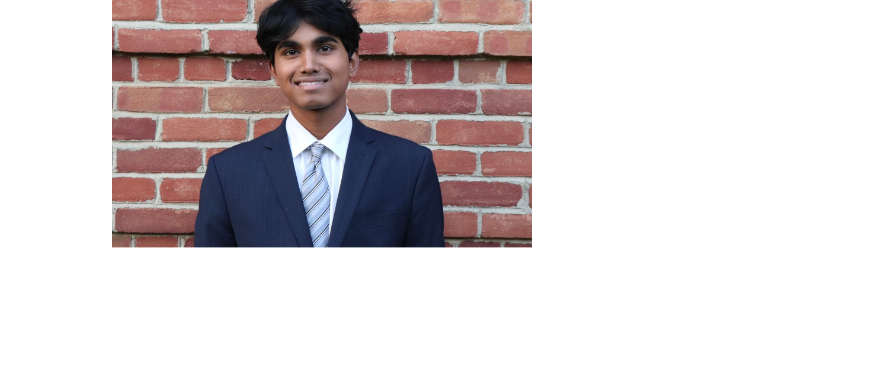
Repository: anuragkej/OldPortfolio
Page: index.html
These files come from the project's save history. The page is drawn as it stood at one moment and after the next save; the edit follows.
The browser window is 1280 px wide. The pictures show the part of the page from y = 859 to 2779 px (the page is 1390 px tall before and 2779 px after), at 70% of full size.

Above is the page before, as saved 2024-05-25 22:30:05.

### index.html
<!DOCTYPE html>
<html lang="en">
<head>
    <meta charset="UTF-8">
    <meta name="viewport" content="width=device-width, initial-scale=1.0">
    <title>Personal Portfolio</title>
    <link rel="stylesheet" href="style.css">
    <link rel="stylesheet" href="mediaqueries.css">
</head>
<body>
    <nav id="desktop-nav">
        <div class="logo">Anurag Kejriwal</div>
        <div>
            <ul class="nav-links">
                <li><a href="#about">About</a></li>
                <li><a href="#experience">Experience</a></li>
                <li><a href="#projects">Projects</a></li>
                <li><a href="#contact">Contact</a></li>
            </ul>
        </div>
    </nav>
    <nav id="hamburger-nav">
        <div class="logo">Anurag Kejriwal</div>
        <div class="hamburger-menu">
            <div class="hamburger-icon" onclick="toggleMenu()">
                <span></span>
                <span></span>
                <span></span>
            </div>
            <div class="menu-links">
                <li><a href="#about" onclick="toggleMenu()" >About</a></li>
                <li><a href="#experience" onclick="toggleMenu()">Experience</a></li>
                <li><a href="#projects" onclick="toggleMenu()">Projects</a></li>
                <li><a href="#contact" onclick="toggleMenu()">Contact</a></li>
            </div>
        </div>
    </nav>
    <section id="profile">
        <div class="section_pic-container">
            <img src="./assets/anuragprofpic.png" alt="Anurag Kejriwal profile picture">
        </div>
        <div class="section__text">
            <p class="section__text__p1">Hello, I'm</p>
            <h1 class="title">Anurag Kejriwal</h1>
            <p class="section__text__p2">Passion-Driven Developer</p>
            <div class="btn-container">
                <button class="btn btn-color-2"
                onclick="window.open('./assets/AnuragKejriwalResume_2026.pdf')">Resume</button>
                <button class="btn btn-color-1"
                onclick="location.href='./#contact'">Contact</button>
            </div>
            <div id="socials-container">
                <img src="./assets/linkedin.png" alt="My LinkedIn Profile"
                class ="icon" onclick="location.href='https://linkedin.com/in/anuragkejriwal1/'">
                <img src="./assets/github.png" alt="My Github Profile"
                class ="icon" onclick="location.href='https://github.com/anuragkej'">
            </div>
        </div>
    </section>
    <section id="about">
        <p class="section__text__p1">Get To Know More</p>
        <h1 class="title">About Me</h1>
        <div class="section__pic-container">
            <img src="./assets/20231026_132825_F9CEAA.jpeg" alt="Profile Picture" class="about-pic"/>
        </div>
    </section>
    <script src="script.js"></script>

</body>
</html>

### style.css
/* General */

@import url('https://fonts.googleapis.com/css2?family=Poppins:wght@300;400;500;600&display=swap');
*{
    margin: 0;
    padding: 0;
}

body{
    font-family: "Poppins", sans-serif;
}

html{
    scroll-behavior: smooth;
}

p{
    color: rgb(85, 85, 85);
}

/* Transition */
/* all the links, with button*/

a,
.btn{
    transition: all 300ms ease;
}

/*Desktop navigation */

nav, .nav-links {
    display: flex;
}

nav{
    justify-content: space-around;
    align-items: center;
    height: 17vh;
}

.nav-links{
    gap: 2rem;
    list-style: none;
    font-size: 1.45rem;
}

a{
    color: black;
    text-decoration: none;
    text-decoration-color: white;

}

a:hover{
    color: grey;
    text-decoration: underline;
    text-underline-offset: 0.7rem;
    text-decoration-color: rgb(181, 181, 181);
}

.logo{
    font-size: 1.5rem
}

.logo:hover{
    cursor:default;
}

/*Hamburger menu */

#hamburger-nav{
    display: none;
}

.hamburger-menu{
    position: relative;
    display: inline-block;
}

.hamburger-icon{
    display: flex;
    flex-direction: column;
    justify-content: space-between;
    height: 24px;
    width: 30px;
    cursor: pointer;
}

.hamburger-icon span{
    width: 100%;
    height: 2px;
    background-color: black;
    transition: all 0.3 ease-in-out;
}

.menu-links{
    position: absolute;
    top: 100%;
    right: 0%;
    background-color: white;
    width: fit-content;
    max-height: 0;
    overflow: hidden;
    transition: all 0.3 ease-in-out;
}

.menu-links a{
    display: block;
    padding: 10px;
    text-align: center;
    font-size: 1.5rem;
    color:black;
    text-decoration: none;
    transition: all 0.3 ease-in-out;

}

.menu-links li{
    list-style: none;
}

.menu-links.open{
    max-height: 300px;
}

.hamburger-icon.open span:first-child{
    transform: rotate(45deg) translate(10px, 5px);
}
.hamburger-icon.open span:nth-child(2){
    opacity: 0;
}
.hamburger-icon.open span:last-child{
    transform: rotate(-45deg) translate(10px, -5px);
}

.hamburger-icon span:first-child{
    transform: none;
}
.hamburger-icon span:first-child{
    opacity: 1;
}
.hamburger-icon span:first-child{
    transform: none;
}

/*Sections*/

section{
    padding-top: 4vh;
    height: 96vh;
    margin: 0 10rem;
    box-sizing: border-box;
    min-height: fit-content;
}

.section-container{
    display: flex;
}

/*Profile Section*/

#profile {
    display: flex;
    justify-content: center;
    gap: 5rem;
    height: 80vh;
}

.section__pic-container{
    display: flex;
    height: 400px;
    width: 400px;
    margin: auto 0;
}

.section__text{
    align-self: center;
    text-align: center;

}

.section__text p{
    font-weight: 600;
}

.section__text__p1{
    text-align: center;
}
.section__text__p2{
    font-size: 2rem;
    margin-bottom: 1rem;
}

.title{
    font-size: 2.5rem;
    text-align: center;
}

#socials-container{
    display: flex;
    justify-content: center;
    margin-top: 1rem;
    gap: 1rem;
}

/*Icon*/

.icon{
    cursor: pointer;
    height: 2rem;
}

/*Buttons*/

.btn-container{
    display: flex;
    justify-content: center;
    gap: 1rem;

}

.btn{
    font-weight: 600;
    transition: all 300ms ease;
    padding: 1rem;
    width: 8rem;
    border-radius: 2rem;
}

.btn-color-1, .btn-color-2{
    border: rgb(53,53,53) 0.1rem solid;
}

.btn-color-1:hover, .btn-color-2:hover{
    cursor: pointer;
}


.btn-color-1:hover, .btn-color-2:hover{
    background: rgb(42, 42, 42);
    color: white;
}

.btn-color-2, .btn-color-1 {
    background: none;
}

.btn-color-2:hover{
    border: rgb(255,255,255) 0.3rem solid;
}


.btn-color-1:hover{
    border: rgb(255,255,255) 0.3rem solid;
}

.btn-container {
    gap: 1rem;
}
/* General */

@import url('https://fonts.googleapis.com/css2?family=Poppins:wght@300;400;500;600&display=swap');
*{
    margin: 0;
    padding: 0;
}

body{
    font-family: "Poppins", sans-serif;
}

html{
    scroll-behavior: smooth;
}

p{
    color: rgb(85, 85, 85);
}

/* Transition */
/* all the links, with button*/

a,
.btn{
    transition: all 300ms ease;
}

/*Desktop navigation */

nav, .nav-links {
    display: flex;
}

nav{
    justify-content: space-around;
    align-items: center;
    height: 17vh;
}

.nav-links{
    gap: 2rem;
    list-style: none;
    font-size: 1.45rem;
}

a{
    color: black;
    text-decoration: none;
    text-decoration-color: white;

}

a:hover{
    color: grey;
    text-decoration: underline;
    text-underline-offset: 0.7rem;
    text-decoration-color: rgb(181, 181, 181);
}

.logo{
    font-size: 1.5rem
}

.logo:hover{
    cursor:default;
}

/*Hamburger menu */

#hamburger-nav{
    display: none;
}

.hamburger-menu{
    position: relative;
    display: inline-block;
}

.hamburger-icon{
    display: flex;
    flex-direction: column;
    justify-content: space-between;
    height: 24px;
    width: 30px;
    cursor: pointer;
}

.hamburger-icon span{
    width: 100%;
    height: 2px;
    background-color: black;
    transition: all 0.3 ease-in-out;
}

.menu-links{
    position: absolute;
    top: 100%;
    right: 0%;
    background-color: white;
    width: fit-content;
    max-height: 0;
    overflow: hidden;
    transition: all 0.3 ease-in-out;
}

.menu-links a{
    display: block;
    padding: 10px;
    text-align: center;
    font-size: 1.5rem;
    color:black;
    text-decoration: none;
    transition: all 0.3 ease-in-out;

}

.menu-links li{
    list-style: none;
}

.menu-links.open{
    max-height: 300px;
}

.hamburger-icon.open span:first-child{
    transform: rotate(45deg) translate(10px, 5px);
}
.hamburger-icon.open span:nth-child(2){
    opacity: 0;
}
.hamburger-icon.open span:last-child{
    transform: rotate(-45deg) translate(10px, -5px);
}

.hamburger-icon span:first-child{
    transform: none;
}
.hamburger-icon span:first-child{
    opacity: 1;
}
.hamburger-icon span:first-child{
    transform: none;
}

/*Sections*/

section{
    padding-top: 4vh;
    height: 96vh;
    margin: 0 10rem;
    box-sizing: border-box;
    min-height: fit-content;
}

.section-container{
    display: flex;
}

/*Profile Section*/

#profile {
    display: flex;
    justify-content: center;
    gap: 5rem;
    height: 80vh;
}

.section__pic-container{
    display: flex;
    height: 400px;
    width: 400px;
    margin: auto 0;
}

.section__text{
    align-self: center;
    text-align: center;

}

.section__text p{
    font-weight: 600;
}

.section__text__p1{
    text-align: center;
}
.section__text__p2{
    font-size: 2rem;
    margin-bottom: 1rem;
}

.title{
    font-size: 2.5rem;
    text-align: center;
}

#socials-container{
    display: flex;
    justify-content: center;
    margin-top: 1rem;
    gap: 1rem;
}

/*Icon*/

.icon{
    cursor: pointer;
    height: 2rem;
}

/*Buttons*/

.btn-container{
    display: flex;
    justify-content: center;
    gap: 1rem;

}

.btn{
    font-weight: 600;
    transition: all 300ms ease;
    padding: 1rem;
    width: 8rem;
    border-radius: 2rem;
}

.btn-color-1, .btn-color-2{
    border: rgb(53,53,53) 0.1rem solid;
}

.btn-color-1:hover, .btn-color-2:hover{
    cursor: pointer;
}


.btn-color-1:hover, .btn-color-2:hover{
    background: rgb(42, 42, 42);
    color: white;
}

.btn-color-2, .btn-color-1 {
    background: none;
}

.btn-color-2:hover{
    border: rgb(255,255,255) 0.3rem solid;
}


.btn-color-1:hover{
    border: rgb(255,255,255) 0.3rem solid;
}

.btn-container {
    gap: 1rem;
}

### mediaqueries.css
@media screen and (max-width: 1200px) {
    #desktop-nav {
        display: none;
    }
    #hamburger-nav{
        display: flex;
    }
}

### script.js
function toggleMenu(){
    const menu = document.querySelector(".menu-links");
    const icon = document.querySelector(".hamburger-icon");
    menu.classList.toggle("open");
    icon.classList.toggle("open");
}
function toggleMenu(){
    const menu = document.querySelector(".menu-links");
    const icon = document.querySelector(".hamburger-icon");
    menu.classList.toggle("open");
    icon.classList.toggle("open");
}

After the next save:
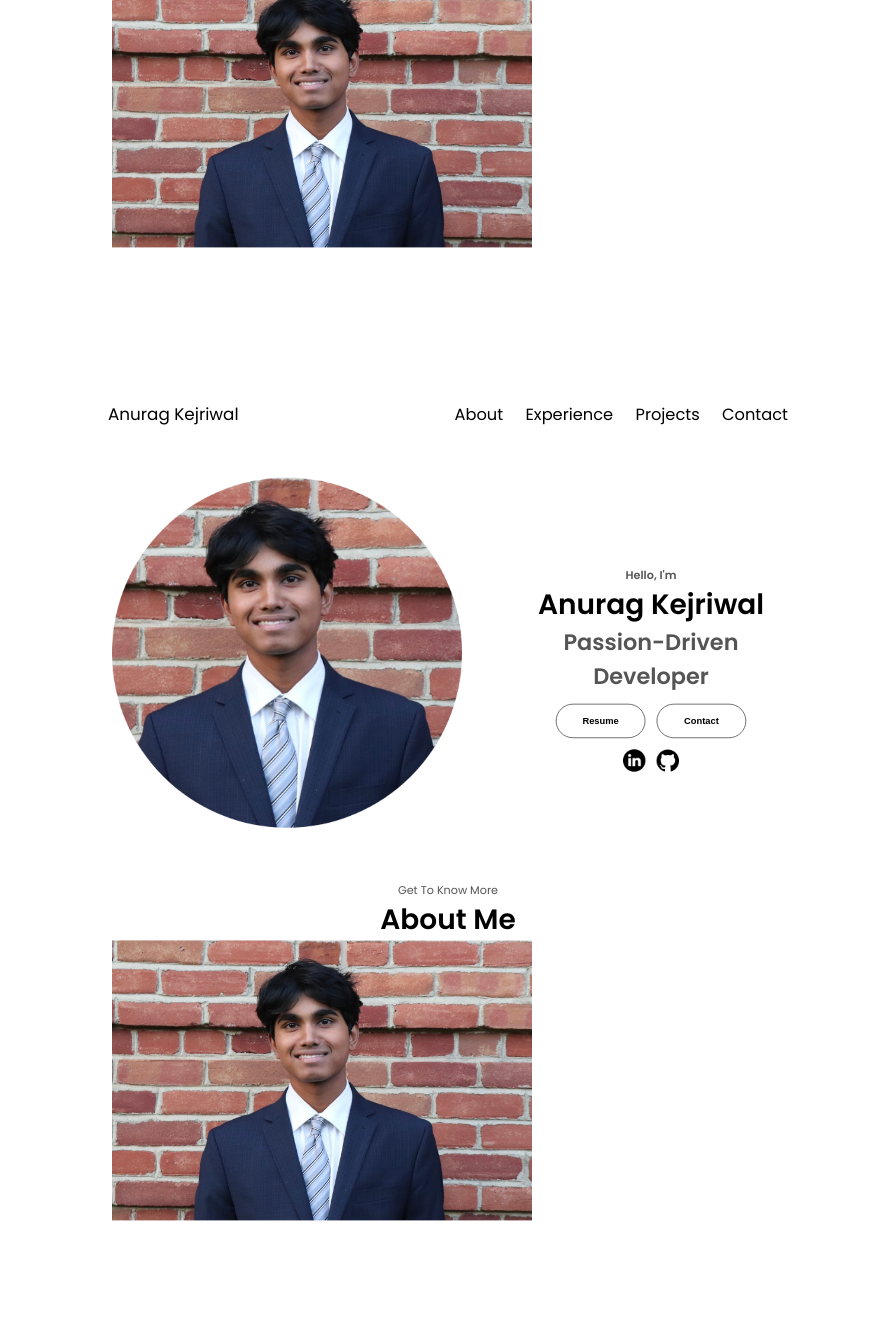
Saved 80 s later.
--- a/index.html
+++ b/index.html
@@ -1,3 +1,75 @@
+<!DOCTYPE html>
+<html lang="en">
+<head>
+    <meta charset="UTF-8">
+    <meta name="viewport" content="width=device-width, initial-scale=1.0">
+    <title>Personal Portfolio</title>
+    <link rel="stylesheet" href="style.css">
+    <link rel="stylesheet" href="mediaqueries.css">
+</head>
+<body>
+    <nav id="desktop-nav">
+        <div class="logo">Anurag Kejriwal</div>
+        <div>
+            <ul class="nav-links">
+                <li><a href="#about">About</a></li>
+                <li><a href="#experience">Experience</a></li>
+                <li><a href="#projects">Projects</a></li>
+                <li><a href="#contact">Contact</a></li>
+            </ul>
+        </div>
+    </nav>
+    <nav id="hamburger-nav">
+        <div class="logo">Anurag Kejriwal</div>
+        <div class="hamburger-menu">
+            <div class="hamburger-icon" onclick="toggleMenu()">
+                <span></span>
+                <span></span>
+                <span></span>
+            </div>
+            <div class="menu-links">
+                <li><a href="#about" onclick="toggleMenu()" >About</a></li>
+                <li><a href="#experience" onclick="toggleMenu()">Experience</a></li>
+                <li><a href="#projects" onclick="toggleMenu()">Projects</a></li>
+                <li><a href="#contact" onclick="toggleMenu()">Contact</a></li>
+            </div>
+        </div>
+    </nav>
+    <section id="profile">
+        <div class="section_pic-container">
+            <img src="./assets/anuragprofpic.png" alt="Anurag Kejriwal profile picture">
+        </div>
+        <div class="section__text">
+            <p class="section__text__p1">Hello, I'm</p>
+            <h1 class="title">Anurag Kejriwal</h1>
+            <p class="section__text__p2">Passion-Driven Developer</p>
+            <div class="btn-container">
+                <button class="btn btn-color-2"
+                onclick="window.open('./assets/AnuragKejriwalResume_2026.pdf')">Resume</button>
+                <button class="btn btn-color-1"
+                onclick="location.href='./#contact'">Contact</button>
+            </div>
+            <div id="socials-container">
+                <img src="./assets/linkedin.png" alt="My LinkedIn Profile"
+                class ="icon" onclick="location.href='https://linkedin.com/in/anuragkejriwal1/'">
+                <img src="./assets/github.png" alt="My Github Profile"
+                class ="icon" onclick="location.href='https://github.com/anuragkej'">
+            </div>
+        </div>
+    </section>
+    <section id="about">
+        <p class="section__text__p1">Get To Know More</p>
+        <h1 class="title">About Me</h1>
+        <div class="section-container">
+        <div class="section__pic-container">
+            <img src="./assets/20231026_132825_F9CEAA.jpeg" alt="Profile Picture" class="about-pic"/>
+        </div>
+        </div>
+    </section>
+    <script src="script.js"></script>
+
+</body>
+</html>
 <!DOCTYPE html>
 <html lang="en">
 <head>

After the save that followed:
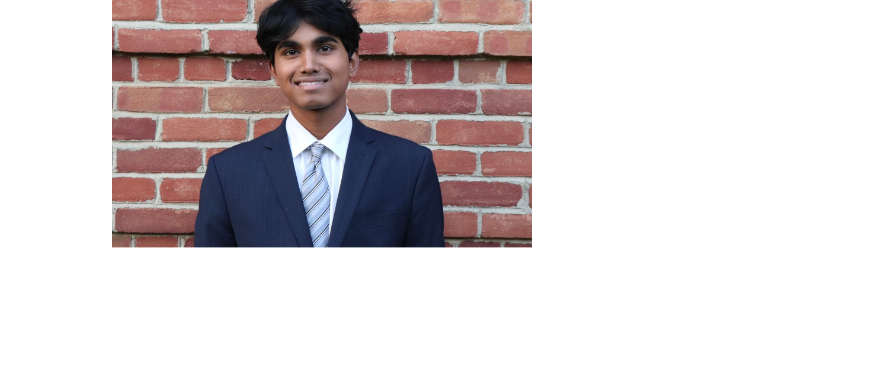
Saved 18 s later.
--- a/index.html
+++ b/index.html
@@ -70,73 +70,3 @@
 
 </body>
 </html>
-<!DOCTYPE html>
-<html lang="en">
-<head>
-    <meta charset="UTF-8">
-    <meta name="viewport" content="width=device-width, initial-scale=1.0">
-    <title>Personal Portfolio</title>
-    <link rel="stylesheet" href="style.css">
-    <link rel="stylesheet" href="mediaqueries.css">
-</head>
-<body>
-    <nav id="desktop-nav">
-        <div class="logo">Anurag Kejriwal</div>
-        <div>
-            <ul class="nav-links">
-                <li><a href="#about">About</a></li>
-                <li><a href="#experience">Experience</a></li>
-                <li><a href="#projects">Projects</a></li>
-                <li><a href="#contact">Contact</a></li>
-            </ul>
-        </div>
-    </nav>
-    <nav id="hamburger-nav">
-        <div class="logo">Anurag Kejriwal</div>
-        <div class="hamburger-menu">
-            <div class="hamburger-icon" onclick="toggleMenu()">
-                <span></span>
-                <span></span>
-                <span></span>
-            </div>
-            <div class="menu-links">
-                <li><a href="#about" onclick="toggleMenu()" >About</a></li>
-                <li><a href="#experience" onclick="toggleMenu()">Experience</a></li>
-                <li><a href="#projects" onclick="toggleMenu()">Projects</a></li>
-                <li><a href="#contact" onclick="toggleMenu()">Contact</a></li>
-            </div>
-        </div>
-    </nav>
-    <section id="profile">
-        <div class="section_pic-container">
-            <img src="./assets/anuragprofpic.png" alt="Anurag Kejriwal profile picture">
-        </div>
-        <div class="section__text">
-            <p class="section__text__p1">Hello, I'm</p>
-            <h1 class="title">Anurag Kejriwal</h1>
-            <p class="section__text__p2">Passion-Driven Developer</p>
-            <div class="btn-container">
-                <button class="btn btn-color-2"
-                onclick="window.open('./assets/AnuragKejriwalResume_2026.pdf')">Resume</button>
-                <button class="btn btn-color-1"
-                onclick="location.href='./#contact'">Contact</button>
-            </div>
-            <div id="socials-container">
-                <img src="./assets/linkedin.png" alt="My LinkedIn Profile"
-                class ="icon" onclick="location.href='https://linkedin.com/in/anuragkejriwal1/'">
-                <img src="./assets/github.png" alt="My Github Profile"
-                class ="icon" onclick="location.href='https://github.com/anuragkej'">
-            </div>
-        </div>
-    </section>
-    <section id="about">
-        <p class="section__text__p1">Get To Know More</p>
-        <h1 class="title">About Me</h1>
-        <div class="section__pic-container">
-            <img src="./assets/20231026_132825_F9CEAA.jpeg" alt="Profile Picture" class="about-pic"/>
-        </div>
-    </section>
-    <script src="script.js"></script>
-
-</body>
-</html>
